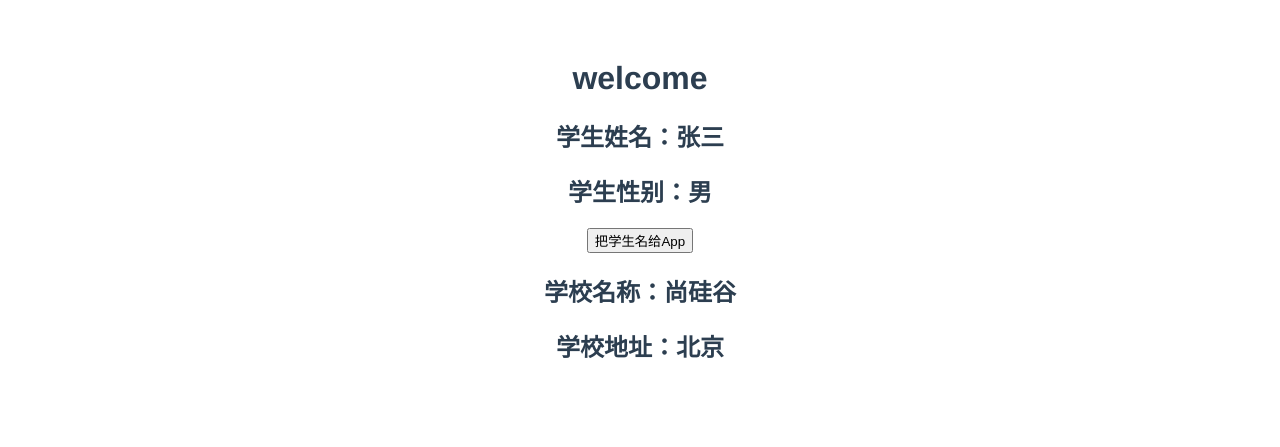
Repository: 319226862/wyy
Page: / (app in test/)
The author's editor kept a copy of each file at every save. The page is drawn from the files as they stood at one save, then again after the next save.
The browser window is 1280 px wide. The pictures show the whole page.
The project was rebuilt for these pictures with package versions that can differ from the ones it lists, and the page was loaded fresh each time. Also part of the build but not shown: test/vue.config.js.

Above is the page before, as saved 2023-06-21 15:04:04.

### test/src/App.vue
<template>
  <div id="app">
    <h1>{{ msg }}</h1>
    <School v-on:aaa="demo"/>
    <Student v-on:getMessage="getMsg"/>
  </div>
</template>

<script>
import School from './components/School.vue';
import Student from './components/Student.vue';
export default {
  name: 'App',
  data(){
    return {
      msg:'welcome'
    }
  },
  components: {
    School,
    Student
  },
  methods:{
    demo(){
      console.log("收到消息")
    },
    getMsg(){
      console.log("student传消息成功")
    }
  }
}
</script>

<style>
#app {
  font-family: Avenir, Helvetica, Arial, sans-serif;
  -webkit-font-smoothing: antialiased;
  -moz-osx-font-smoothing: grayscale;
  text-align: center;
  color: #2c3e50;
  margin-top: 60px;
}
</style>

### test/src/components/School.vue
<template>
    <div class="school">
        <h2>学生姓名：{{ name }}</h2>
        <h2>学生性别：{{ sex }}</h2>
        <button @click="sendStuentdName">把学生名给App</button>
    </div>
</template>

<script>
export default {
    name:'School',
    data(){
        return{
            name: '张三',
            sex:'男'
        }
    },
    methods:{
        sendStuentdName(){
            this.$emit('aaa',this.name )
        }
    }
}
</script>

<style>

</style>

### test/src/components/Student.vue
<template>
    <div class="student">
        <h2>学校名称：{{ name }}</h2>
        <h2>学校地址：{{ address }}</h2>
        <!-- <button @click="sendStuentdName">把学生名给App</button> -->
    </div>
</template>

<script>
export default {
    name:'Stuent',
    data(){
        return{
            name: '尚硅谷',
            address:'北京'
        }
    },
    methods:{

    }
}
</script>

<style>

</style>

Loaded but not shown: test/public/index.html (common file); test/src/main.js (common file)

After the next save:
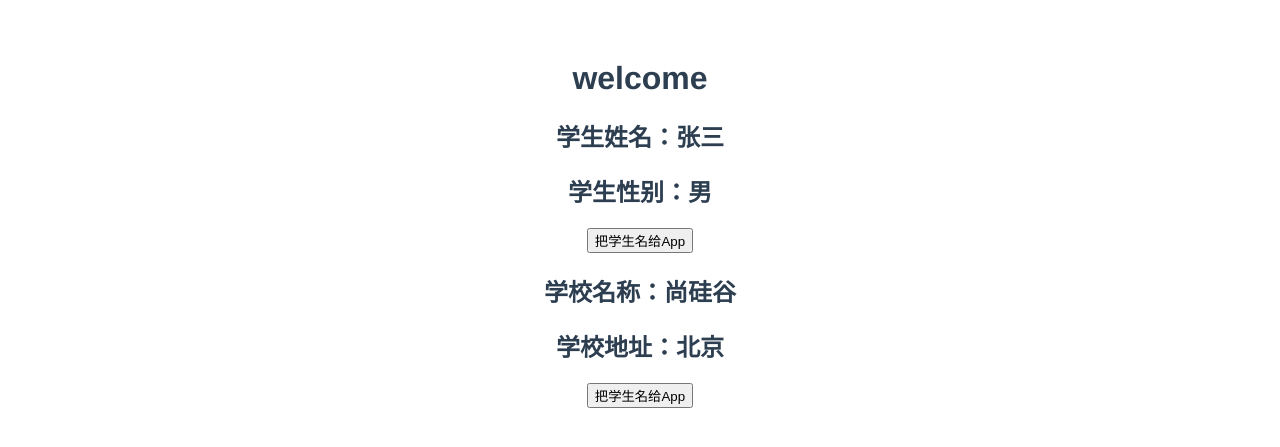
Saved 95 s later.
--- a/test/src/components/Student.vue
+++ b/test/src/components/Student.vue
@@ -2,7 +2,7 @@
     <div class="student">
         <h2>学校名称：{{ name }}</h2>
         <h2>学校地址：{{ address }}</h2>
-        <!-- <button @click="sendStuentdName">把学生名给App</button> -->
+        <button @click="sendMessage">把学生名给App</button>
     </div>
 </template>
 
@@ -16,7 +16,9 @@ export default {
         }
     },
     methods:{
-
+        sendMessage(){
+            this.$emit('getMessage',this.name)
+        }
     }
 }
 </script>
